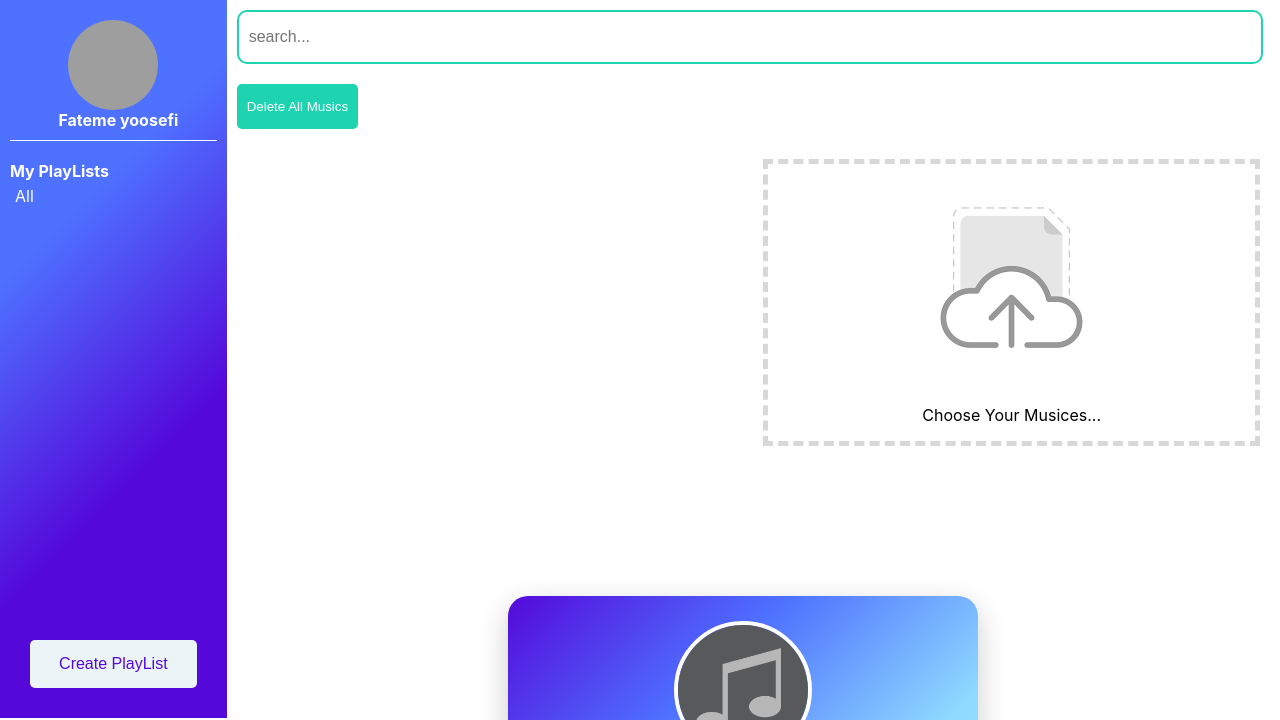
Repository: fateme81yosefi/musicPlayer
Page: /
These files come from the project's save history. The page is drawn as it stood at one moment and after a run of saves; the edit follows.
The browser window is 1280 px wide. The pictures show the whole page.
Pictures or frames that could not be fetched are drawn as grey boxes. An inner scrolling area shows only its first screen. The project was rebuilt for these pictures with package versions that can differ from the ones it lists, and the page was loaded fresh each time.

Above is the page before, as saved 2025-06-28 15:00:56.

After the next 2 saves:
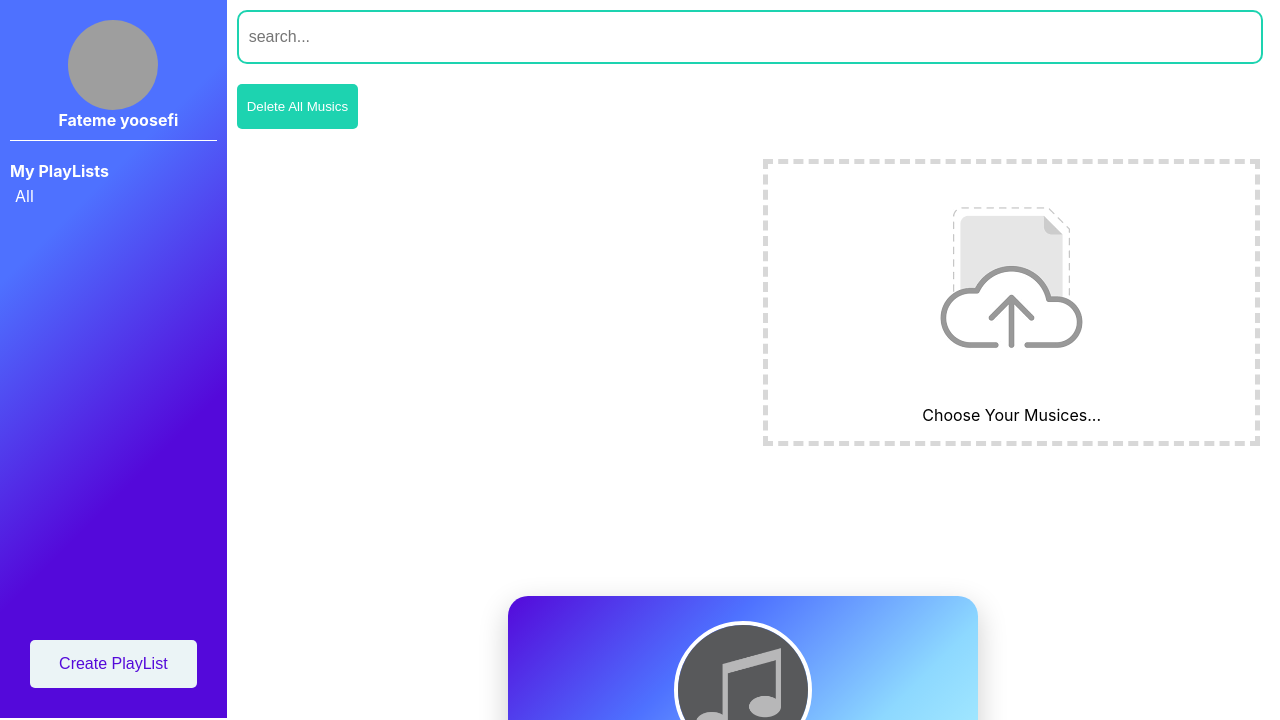
The 2 saves are shown as one change because they came seconds apart.
The last was saved 19 s later.
--- a/src/Components/MusicPlayer/MusicPlayer.jsx
+++ b/src/Components/MusicPlayer/MusicPlayer.jsx
@@ -59,36 +59,7 @@
       <div className="info">
         <h2 className="title">{currentMusic.name}</h2>
 
-        <div className="progress-container" onClick={handleSeek}>
-          <div className="progress-bar" style={{ width: `${progress}%` }}></div>
-        </div>
 
-
-        <div className="controls">
-          <label>
-            Volume
-            <input
-              type="range"
-              min="0"
-              max="1"
-              step="0.01"
-              value={volume}
-              onChange={handleVolumeChange}
-            />
-          </label>
-
-          <div className="speed-buttons">
-            {[0.5, 1, 1.5, 2].map((rate) => (
-              <button
-                key={rate}
-                className={playbackRate === rate ? "active" : ""}
-                onClick={() => changePlaybackRate(rate)}
-              >
-                {rate}x
-              </button>
-            ))}
-          </div>
-        </div>
 
         <button className="play-btn" onClick={togglePlay}>
           {isPlaying ? "❚❚" : "▶"}

After the 2 saves that followed:
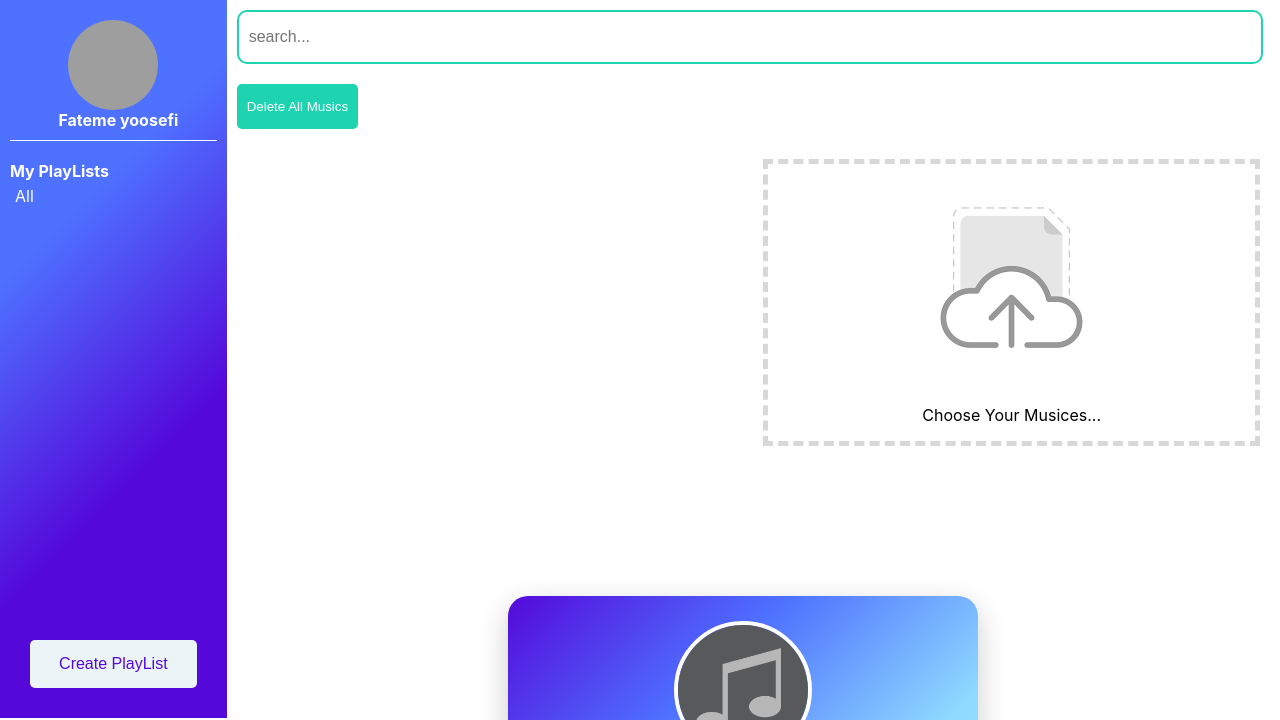
The 2 saves are shown as one change because they came seconds apart.
The last was saved 6 s later.
--- a/src/Components/MusicPlayer/MusicPlayer.jsx
+++ b/src/Components/MusicPlayer/MusicPlayer.jsx
@@ -59,7 +59,38 @@
       <div className="info">
         <h2 className="title">{currentMusic.name}</h2>
 
+      <div className="">
+          <div className="progress-container" onClick={handleSeek}>
+          <div className="progress-bar" style={{ width: `${progress}%` }}></div>
+        </div>
 
+
+        <div className="controls">
+          <label>
+            Volume
+            <input
+              type="range"
+              min="0"
+              max="1"
+              step="0.01"
+              value={volume}
+              onChange={handleVolumeChange}
+            />
+          </label>
+
+          <div className="speed-buttons">
+            {[0.5, 1, 1.5, 2].map((rate) => (
+              <button
+                key={rate}
+                className={playbackRate === rate ? "active" : ""}
+                onClick={() => changePlaybackRate(rate)}
+              >
+                {rate}x
+              </button>
+            ))}
+          </div>
+        </div>
+      </div>
 
         <button className="play-btn" onClick={togglePlay}>
           {isPlaying ? "❚❚" : "▶"}
